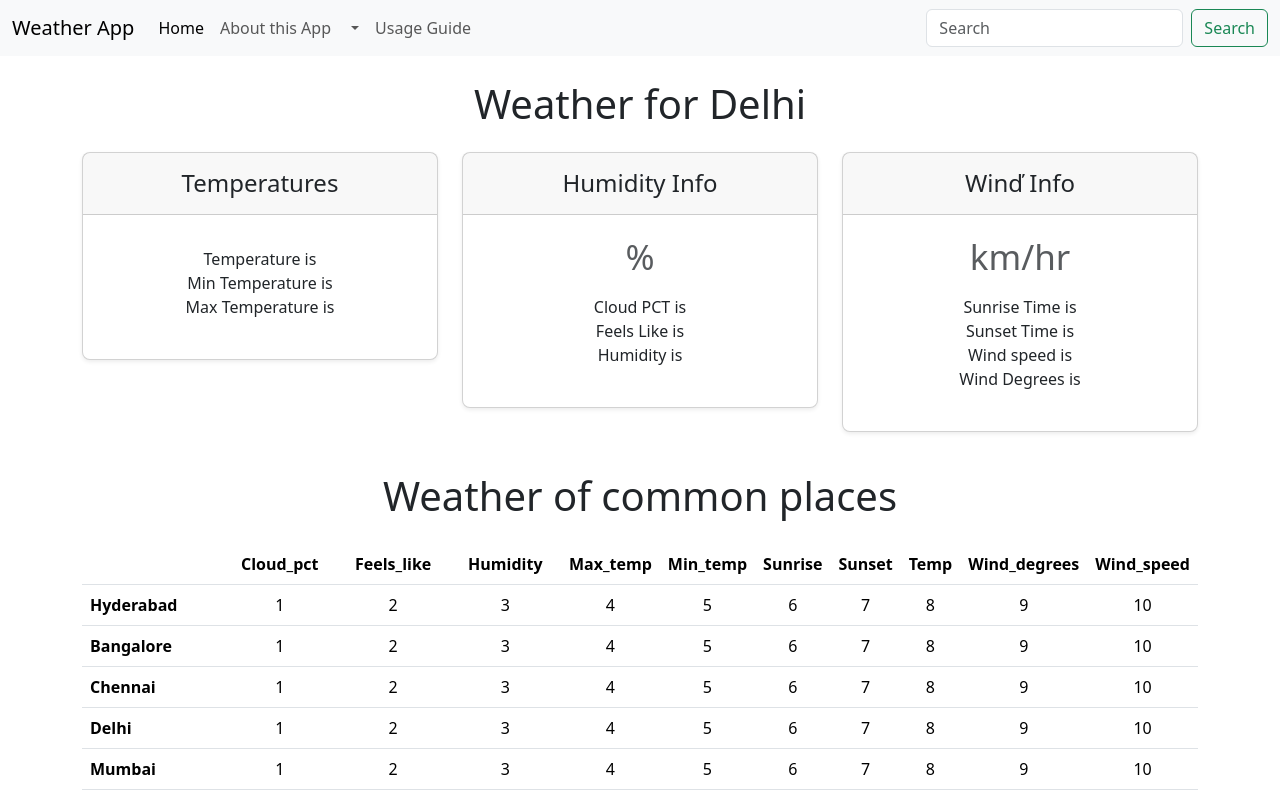
Repository: Abhilash2909/weather
Page: index.html
The author's editor kept a copy of each file at every save. The page is drawn from the files as they stood at one save, then again after the next save.
The browser window is 1280 px wide. The pictures show the whole page.
The page's requests for data from a server got no answer.

Above is the page before, as saved 2024-02-11 16:35:06.

### index.html
<!doctype html>
<html lang="en">
  <head>
    <meta charset="utf-8">
    <meta name="viewport" content="width=device-width, initial-scale=1">
    <title>My Weather App</title>
    <link href="https://cdn.jsdelivr.net/npm/bootstrap@5.3.2/dist/css/bootstrap.min.css" rel="stylesheet" integrity="sha384-T3c6CoIi6uLrA9TneNEoa7RxnatzjcDSCmG1MXxSR1GAsXEV/Dwwykc2MPK8M2HN" crossorigin="anonymous">
  </head>
  <body>
    <nav class="navbar navbar-expand-lg bg-body-tertiary">
        <div class="container-fluid">
          <a class="navbar-brand" href="#">Weather App</a>
          <button class="navbar-toggler" type="button" data-bs-toggle="collapse" data-bs-target="#navbarSupportedContent" aria-controls="navbarSupportedContent" aria-expanded="false" aria-label="Toggle navigation">
            <span class="navbar-toggler-icon"></span>
          </button>
          <div class="collapse navbar-collapse" id="navbarSupportedContent">
            <ul class="navbar-nav me-auto mb-2 mb-lg-0">
              <li class="nav-item">
                <a class="nav-link active" aria-current="page" href="#">Home</a>
              </li>
              <li class="nav-item">
                <a class="nav-link" href="#">About this App</a>
              </li>
              <li class="nav-item dropdown">
                <a class="nav-link dropdown-toggle" href="#" role="button" data-bs-toggle="dropdown" aria-expanded="false">
                </a>
                <ul class="dropdown-menu">
                  <li><a class="dropdown-item" href="#">Delhi</a></li>
                  <li><a class="dropdown-item" href="#">Seattle</a></li>
                  <!-- <li><hr class="dropdown-divider"></li> -->
                  <li><a class="dropdown-item" href="#">Bangalore</a></li>
                </ul>
              </li>
              <li class="nav-item">
                <a class="nav-link" aria-disabled="true">Usage Guide</a>
              </li>
            </ul>
            <form class="d-flex" role="search">
              <input id="city" class="form-control me-2" type="search" placeholder="Search" aria-label="Search">
              <button class="btn btn-outline-success" type="submit" id="submit">Search</button>
            </form>
          </div>
        </div>
      </nav>

      <div class="container">
        <main>
          <h1 class= "my-4 text-center">Weather for <span id="cityName"></span></h1>
          <div class="row row-cols-1 row-cols-md-3 mb-3 text-center">
          <div class="col">
            <div class="card mb-4 rounded-3 shadow-sm">
              <div class="card-header py-3">
                <h4 class="my-0 fw-normal">Temperatures</h4>
              </div>
              <div class="card-body">
                <h1 class="card-title pricing-card-title"><small class="text-body-secondary fw-light"></small></h1>
                <ul class="list-unstyled mt-3 mb-4">
                  <li>Temperature is <span id="temp" ></span></li>
                  <li>Min Temperature is <span id="min_temp" ></span></li>
                  <li>Max Temperature is <span id="max_temp" ></span></li>
                </ul>
                <!-- <button type="button" class="w-100 btn btn-lg btn-outline-primary">Sign up for free</button> -->
              </div>
            </div>
          </div>
          <div class="col">
            <div class="card mb-4 rounded-3 shadow-sm">
              <div class="card-header py-3">
                <h4 class="my-0 fw-normal">Humidity Info</h4>
              </div>
              <div class="card-body">
                <h1 class="card-title pricing-card-title"><span id="humidity2" ></span><small class="text-body-secondary fw-light">%</small></h1>
                <ul class="list-unstyled mt-3 mb-4">
                  <li>Cloud PCT is <span id="cloud_pct" ></span></li>
                  <li>Feels Like is <span id="feels_like" ></span></li>
                  <li>Humidity is <span id="humidity" ></span></li>
                </ul>
                <!-- <button type="button" class="w-100 btn btn-lg btn-primary">Get started</button> -->
              </div>
            </div>
          </div>

          <div class="col">
            <div class="card mb-4 rounded-3 shadow-sm">
              <div class="card-header py-3">
                <h4 class="my-0 fw-normal">Winď Info</h4>
              </div>
              <div class="card-body">
                <h1 class="card-title pricing-card-title"><span id="wind_speed2" ></span><small class="text-body-secondary fw-light">km/hr</small></h1>
                <ul class="list-unstyled mt-3 mb-4">
                  <li>Sunrise Time is <span id="sunrise" ></span></li>
                  <li>Sunset Time is <span id="sunset" ></span></li>
                  <li>Wind speed is <span id="wind_speed" ></span></li>
                  <li>Wind Degrees is <span id="wind_degrees" ></span></li>
                </ul>
                <!-- <button type="button" class="w-100 btn btn-lg btn-primary">Contact us</button> -->
              </div>
            </div>
          </div>
        </div>

        <h2 class="display-6 text-center mb-4">Weather of common places</h2>

        <div class="table-responsive">
          <table class="table text-center">
            <thead>
              <tr>
                <th style="width: 34%;">   </th>
                <th style="width: 22%;"> Cloud_pct </th>
                <th style="width: 22%;"> Feels_like </th>
                <th style="width: 22%;"> Humidity </th>
                <th style="width: 22%;"> Max_temp </th>
                <th style="width: 22%;"> Min_temp </th>
                <th style="width: 22%;"> Sunrise </th>
                <th style="width: 22%;"> Sunset </th>
                <th style="width: 22%;"> Temp </th>
                <th style="width: 22%;"> Wind_degrees </th>
                <th style="width: 22%;"> Wind_speed </th>
              </tr>
            </thead>
            <tbody>
              <tr>
                <th scope="row" class="text-start">Hyderabad</th>
                <td>1</td>
                <td>2</td>
                <td>3</td>
                <td>4</td>
                <td>5</td>
                <td>6</td>
                <td>7</td>
                <td>8</td>
                <td>9</td>
                <td>10</td>
              </tr>
              <tr>
                <th scope="row" class="text-start">Bangalore</th>
                <td>1</td>
                <td>2</td>
                <td>3</td>
                <td>4</td>
                <td>5</td>
                <td>6</td>
                <td>7</td>
                <td>8</td>
                <td>9</td>
                <td>10</td>
              </tr>
            </tbody>

            <tbody>
              <tr>
                <th scope="row" class="text-start">Chennai</th>
                <td>1</td>
                <td>2</td>
                <td>3</td>
                <td>4</td>
                <td>5</td>
                <td>6</td>
                <td>7</td>
                <td>8</td>
                <td>9</td>
                <td>10</td>
              </tr>
              <tr>
                <th scope="row" class="text-start">Delhi</th>
                <td>1</td>
                <td>2</td>
                <td>3</td>
                <td>4</td>
                <td>5</td>
                <td>6</td>
                <td>7</td>
                <td>8</td>
                <td>9</td>
                <td>10</td>
              </tr>
              <tr>
                <th scope="row" class="text-start">Mumbai</th>
                <td>1</td>
                <td>2</td>
                <td>3</td>
                <td>4</td>
                <td>5</td>
                <td>6</td>
                <td>7</td>
                <td>8</td>
                <td>9</td>
                <td>10</td>
              </tr>
            </tbody>
          </table>
        </div>
      </main></div>
    <script src="https://cdn.jsdelivr.net/npm/bootstrap@5.3.2/dist/js/bootstrap.bundle.min.js" integrity="sha384-C6RzsynM9kWDrMNeT87bh95OGNyZPhcTNXj1NW7RuBCsyN/o0jlpcV8Qyq46cDfL" crossorigin="anonymous"></script>
    <script src="script.js"></script>
</body>
</html>

### script.js

// const url = 'https://weather-by-api-ninjas.p.rapidapi.com/v1/weather?city=Seattle';
// const options = {
//     method: 'GET',
//     headers: {
//         'X-RapidAPI-Key': '9f5fc666cemsh950495f18781500p1999a7jsna0d8657b4aba',
//         'X-RapidAPI-Host': 'weather-by-api-ninjas.p.rapidapi.com'
//     }
// };

// async function fetchData() {
//     try {
//         const response = await fetch(url, options);
//         const result = await response.text();
//         console.log(result);
//     } catch (error) {
//         console.error(error);
//     }
// }

// fetchData();


// const url = 'https://weather-by-api-ninjas.p.rapidapi.com/v1/weather?city=Seattle';
// const options = {
// 	method: 'GET',
// 	headers: {
// 		'X-RapidAPI-Key': '9f5fc666cemsh950495f18781500p1999a7jsna0d8657b4aba',
// 		'X-RapidAPI-Host': 'weather-by-api-ninjas.p.rapidapi.com'
// 	}
// };

// try {
// 	const response = await fetch(url, options);
// 	const result = await response.text();
// 	console.log(result);
// } catch (error) {
// 	console.error(error);
// }



const options = {
    method: 'GET',
    headers: {
      'X-RapidAPI-Key': 'b45e96323fmshf5e4bc50d3b8a90p1e091djsnfb21cde4eb87',
      'X-RapidAPI-Host': 'weather-by-api-ninjas.p.rapidapi.com'
    }
  };
const getWeather = (city) => {
  cityName.innerHTML = city
  fetch('https://weather-by-api-ninjas.p.rapidapi.com/v1/weather?city=' + city, options)
    .then(response => response.json())
    .then((response) => {
      console.log(response)
      cloud_pct.innerHTML = response.cloud_pct
      temp.innerHTML = response.temp
      temp2.innerHTML = response.temp
      feels_like.innerHTML = response.feels_like
      humidity.innerHTML = response.humidity
      humidity2.innerHTML = response.humidity
      min_temp.innerHTML = response.min_temp
      max_temp.innerHTML = response.max_temp
      wind_speed.innerHTML = response.wind_speed
      wind_speed2.innerHTML = response.wind_speed
      wind_degrees.innerHTML = response.wind_degrees
      sunrise.innerHTML = response.sunrise
      sunset.innerHTML = response.sunset
    })
    .catch(error => console.error(error));
}

submit.addEventListener("click", (e)=>{
  e.preventDefault()
  getWeather(city.value)
})

getWeather("Delhi")

After the next save:
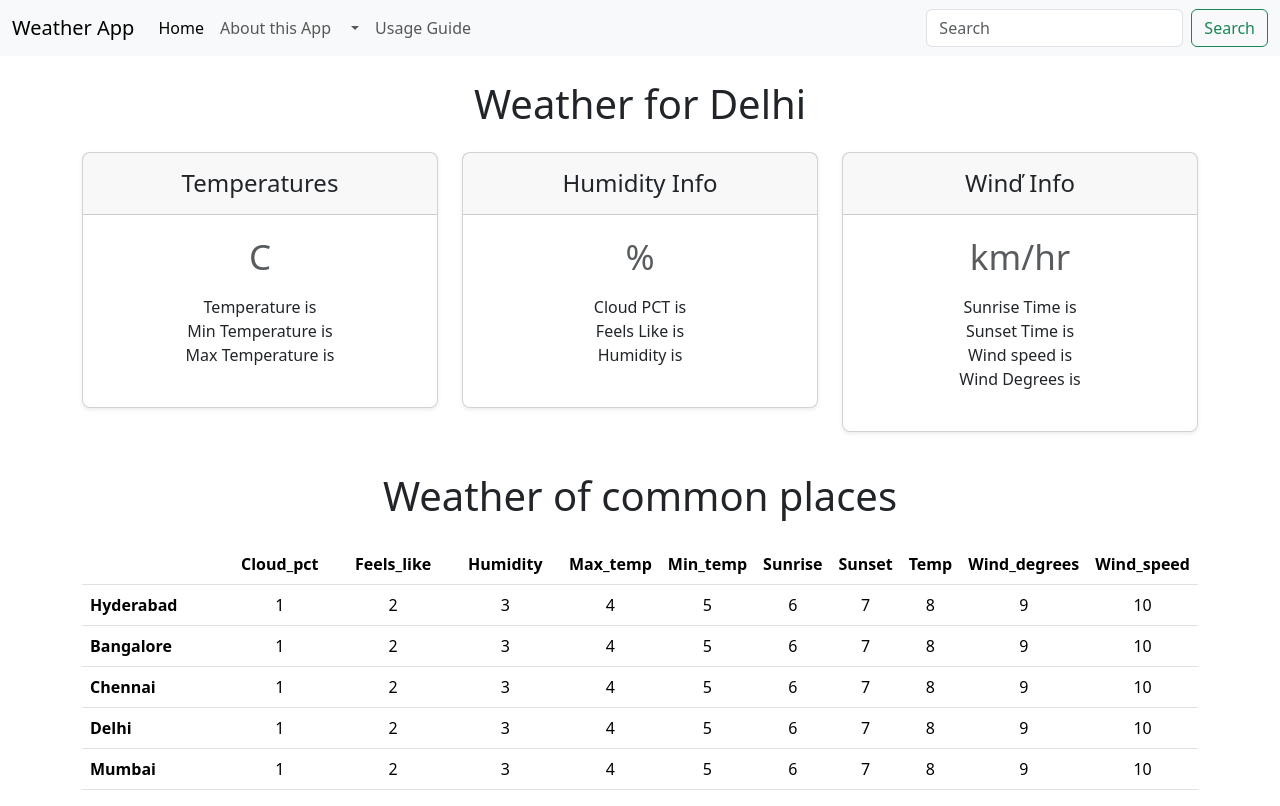
Saved 4 s later.
--- a/index.html
+++ b/index.html
@@ -53,7 +53,7 @@
                 <h4 class="my-0 fw-normal">Temperatures</h4>
               </div>
               <div class="card-body">
-                <h1 class="card-title pricing-card-title"><small class="text-body-secondary fw-light"></small></h1>
+                <h1 class="card-title pricing-card-title"><small class="text-body-secondary fw-light">C</small></h1>
                 <ul class="list-unstyled mt-3 mb-4">
                   <li>Temperature is <span id="temp" ></span></li>
                   <li>Min Temperature is <span id="min_temp" ></span></li>
